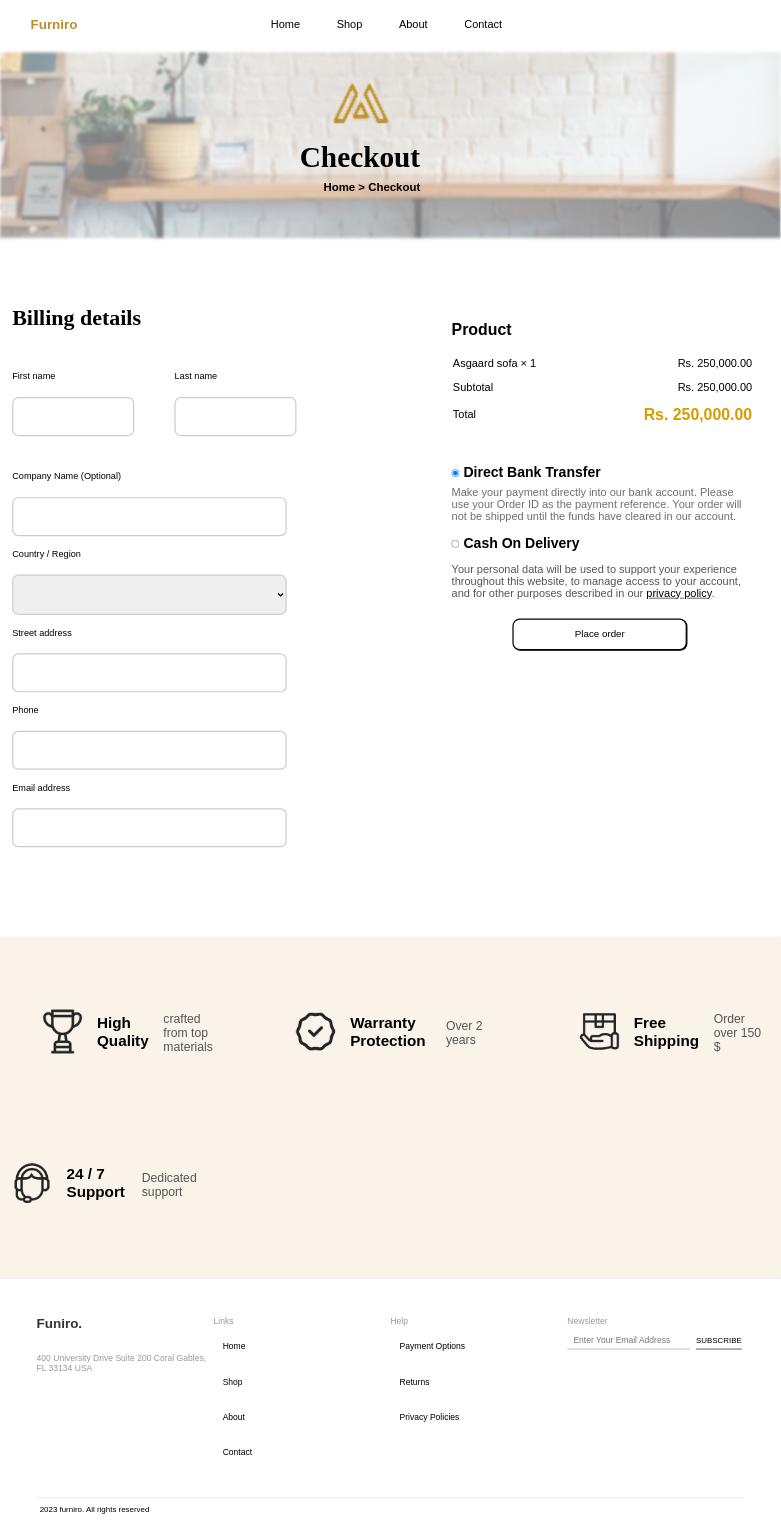
Repository: Ali1Kh/Furniro-ITI
Page: pages/checkout.html
An editor plug-in stored every save of this project. The page is shown before and after a run of saves, followed by the edit.
The browser window is 1280 px wide. The pictures show the whole page, at 61% of full size.

Above is the page before, as saved 2025-07-19 21:59:33.

### pages/checkout.html
<!DOCTYPE html>
<html lang="en">

<head>
  <meta charset="UTF-8">
  <meta name="viewport" content="width=device-width, initial-scale=1.0">
  <title>CheckOut</title>
  <link rel="shortcut icon" href="../assets/icons/Logo.png" type="image/x-icon">
  <link rel="stylesheet" href="../styles/index.css">
  <link rel="stylesheet" href="../styles/checkout.css">
</head>

<body>

  <nav>
    <!-- Navigation -->
    <div class="navBar">
      <div class="text">
        <p>Furniro</p>
      </div>

      <div class="menu-icon" onclick="toggleSidebar()">☰</div>

      <div class="navBarLinks">
        <ul>
          <li><a href="/pages/home.html">Home</a></li>
          <li><a href="/pages/shop.html">Shop</a></li>
          <li><a href="/">About</a></li>
          <li><a href="/pages/contact.html">Contact</a></li>
        </ul>
      </div>

     <div class="navBarIcons">
        <a href="/pages/Compare.html"><i class="fa-solid fa-user"></i></a>
        <a href="/pages/shop.html"><i class="fa-solid fa-magnifying-glass"></i></a>
        <a href="/"><i class="fa-solid fa-heart"></i></a>
        <a href="/pages/checkout.html"><i class="fa-solid fa-cart-plus"></i></a>
      </div>
    </div>


    <!-- Sidebar for mobile -->
    <div class="sidebar" id="sidebar">
      <a href="" onclick="toggleSidebar()">✖</a>
      <a href="">Home</a>
      <a href="/pages/shop.html">Shop</a>
      <a href="/">About</a>
      <a href="/pages/contact.html">Contact</a>
    </div>
  </nav>

  <main class="checkout">
    <div id="home">
      <div class="img-conteaner">
        <img src="../assets/img/Rectangle 1.png" alt="">

        <div class="text-conteaner">
          <img src="../assets/icons/Logo.png" alt="" style="width: 100px;height: 77px;margin-top: -80px; left: 1px; ">
          <h2 style="font-size: 48px; font-family: Poppins; top: 20px;">Checkout</h2>
          <h3 style="top: 30px;left: -11px; "><span style="width: 48;height: 24;top: 295px;left: 660px; ">Home ></span>
            Checkout</h3>
        </div>
      </div>
    </div>

    <div id="content">
      <div class="form">
        <h1 style="font-family: Poppins;font-weight: 600;font-style: SemiBold;font-size: 36px;">Billing details</h1>
        <br><br>
        <form>
          <div class="input" style="width: 200px;">
            <label>First name</label><br>
            <input type="text" name="firatname" id="firatname">
          </div>

          <div class="input" style="width: 200px; position: relative;bottom: 127px;left: 266px;">
            <label>Last name</label><br>
            <input type="text" name="lastname" id="lastname">
          </div>

          <div class="input" style="position: relative; bottom: 90px; width: 450px;">
            <label>Company Name (Optional)</label><br>
            <input type="text" name="Companyname(Optional)" id="Companyname(Optional)">
          </div>

          <div class="input" style="position: relative; bottom: 90px; width: 450px;">
            <label>Country / Region</label><br>
            <select>
              <option></option>
              <option>UK</option>
              <option>Argantina</option>
              <option>Brasil</option>
              <option>Egypt</option>
              <option>USA</option>
            </select>
          </div>

          <div class="input" style="position: relative; bottom: 90px; width: 450px;">
            <label>Street address</label><br>
            <input type="text" name="Streetaddress" id="Streetaddress">
          </div>

          <div class="input" style="position: relative; bottom: 90px; width: 450px;">
            <label>Phone</label><br>
            <input type="number" name="Phone" id="Phone">
          </div>

          <div class="input" style="position: relative; bottom: 90px; width: 450px;">
            <label>Email address</label><br>
            <input type="email" name="Emailaddress" id="Emailaddress">
          </div><br><br>

        </form>
      </div>
      <div class="table">
        <div class="order-summary">
          <h2>Product</h2>
          <table>
            <tr>
              <td>Asgaard sofa × 1</td>
              <td style="text-align: right;">Rs. 250,000.00</td>
            </tr>
            <tr>
              <td>Subtotal</td>
              <td style="text-align: right;">Rs. 250,000.00</td>
            </tr>
            <tr>
              <td>Total</td>
              <td style="text-align: right;" class="total">Rs. 250,000.00</td>
            </tr>
          </table><br><br>

          <div class="payment-methods">
            <label><input type="radio" name="payment" checked> Direct Bank Transfer</label>
            <p>
              Make your payment directly into our bank account. Please use your Order ID as the payment reference. Your
              order will not be shipped until the funds have cleared in our account.
            </p>

            <label><input type="radio" name="payment"> Cash On Delivery</label>
          </div>

          <div class="privacy">
            Your personal data will be used to support your experience throughout this website, to manage access to your
            account, and for other purposes described in our <a href="#">privacy policy</a>.
          </div>

          <button class="btn">Place order</button>
        </div>
      </div>
    </div>

    <div id="quality">
      <div class="quality-box"
        style="display: flex; gap: 1.5rem; padding-top: 80px; padding-bottom: 80px;width: 25%;padding-left: 50px;">
        <div><img src="../assets/icons/Group copy.png" alt=""></div>

          <h2>High Quality</h2>
          <p>crafted from top materials</p>


      </div>
      <div class="quality-box" style="display: flex; gap: 1.5rem; padding-top: 80px; padding-bottom: 80px;width: 25%;">
        <div><img src="../assets/icons/Group (2).png" alt=""></div>

          <h2>Warranty Protection</h2>
          <p>Over 2 years</p>


      </div>
      <div class="quality-box" style="display: flex; gap: 1.5rem; padding-top: 80px; padding-bottom: 80px;width: 25%;">
        <div><img src="../assets/icons/Vector (2).png" alt=""></div>

          <h2>Free Shipping</h2>
          <p>Order over 150 $</p>


      </div>
      <div class="quality-box" style="display: flex; gap: 1.5rem; padding-top: 80px; padding-bottom: 80px;width: 25%;">
        <div><img src="../assets/icons/customer-support.png" alt=""></div>

          <h2>24 / 7 Support</h2>
          <p>Dedicated support</p>


      </div>

    </div>
  </main>

  <footer class="footer">
    <div class="footer-container">
      <div class="footer-sec">
        <h2 class="logo">Funiro.</h2>
        <p style="padding-top: 20px;">400 University Drive Suite 200 Coral Gables,<br>FL 33134 USA</p>
      </div>

      <div class="footer-sec">
        <h4>Links</h4>
        <ul>
          <li><a href="#">Home</a></li>
          <li><a href="#">Shop</a></li>
          <li><a href="#">About</a></li>
          <li><a href="#">Contact</a></li>
        </ul>
      </div>

      <div class="footer-sec">
        <h4>Help</h4>
        <ul>
          <li><a href="#">Payment Options</a></li>
          <li><a href="#">Returns</a></li>
          <li><a href="#">Privacy Policies</a></li>
        </ul>
      </div>

      <div class="footer-sec new">
        <h4>Newsletter</h4>
        <div class="subscribe">
          <input type="email" placeholder="Enter Your Email Address">
          <button>SUBSCRIBE</button>
        </div>
      </div>
    </div>

    <div class="footer-bottom">
      <p>2023 furniro. All rights reserved</p>
    </div>
  </footer>

  <script src="../scripts/index.js"></script>

</body>

</html>

### styles/index.css
:root {
  --mainColor: #feeed8;
}

* {
  margin: 0;
  padding: 0;
  box-sizing: border-box;
}

body {
  font-family: "Poppins", sans-serif;
}

.navBar img {
  display: inline;
}

.navBar {
  width: 100%;
  height: 80px;
  display: flex;
  justify-content: space-between;
  align-items: center;
  padding: 0 50px;
  background-color: #fff;
  z-index: 1000;
  position: sticky;
  top: 0;
}

.navBarLinks ul {
  list-style: none;
  display: flex;
  gap: 60px;
}

.navBarLinks a {
  text-decoration: none;
  font-size: 18px;
  color: black;
}

.navBarIcons {
  display: flex;
  gap: 30px;
}

.text p {
  font-weight: bold;
  font-size: 22px;
  color: #b88e2f;
}

/* Sidebar for mobile */
.sidebar {
  height: 100%;
  width: 0;
  position: fixed;
  background-color: #8d8d8d;
  overflow-x: hidden;
  transition: 0.3s;
  padding-top: 60px;
  z-index: 999;
}
.sidebar a {
  padding: 12px 20px;
  text-decoration: none;
  font-size: 20px;
  color: white;
  display: block;
}
.sidebar a:hover {
  background-color: #444;
}

.menu-icon {
  font-size: 28px;
  cursor: pointer;
  display: none;
  padding: 15px;
}

/* Quality */

#quality {
  display: flex;
  background-color: rgba(250, 243, 234, 1);
  width: 100%;
}

/* Page Header */

#pageHeader .imge {
  position: relative;
  width: 100%;
  height: auto;
}

#pageHeader .imge img {
  width: 100%;
  height: auto;
  display: block;
}

#pageHeader .adresIn {
  position: absolute;
  top: 50%;
  left: 50%;
  transform: translate(-50%, -50%);
  color: black;
  text-align: center;
}

#pageHeader .mainP1 {
  font-size: 48px;
}
#pageHeader .scoundP1 {
  font-size: 16px;
}

.footerBox {
  height: 400px;
  width: 100%;
}
.with-line::before,
.with-line::after {
  content: "";
  display: block;
  height: 1px;
  background-color: #c6c6c6;
  margin: 20px auto;
  width: 100%;
}

.with-line::after {
  width: 82%;
}

.infoterbox {
  margin-left: 100px;
  margin-right: 100px;
  display: grid;
  grid-template-columns: 1fr 1fr 1fr 1.5fr;
  gap: 20px;
  padding: 30px;
  color: white;

  height: 100%;
}

.mainFooterBar {
  font-weight: bold;
  font-size: 24px;
  color: #000;
}
.scoundFooterBar {
  font-size: 16px;
  font-weight: 300;
  color: #9f9f9f;
  position: relative;
  top: 40px;
}

.prgraphF {
  position: relative;
  top: 54px;
}

.infoterboxLM a,
.infoterboxRM a {
  display: block;
  margin-top: 55px;
  text-decoration: none;
  color: #000;
  width: 70%;
}

.infoterboxLM p,
.infoterboxRM p,
.prgraphFF p {
  font-size: 16px;
  font-weight: 300;
  color: #9f9f9f;
}

.SUBSCRIBE {
  position: relative;
  top: 53px;
}

.SUBSCRIBE button {
  font-size: 14px;
  font-weight: bold;
  width: 85px;
  height: 21px;
  border: none;
  border-bottom: 1px solid black;
  margin-left: 15px;
  background-color: white;

  cursor: pointer;
}

.SUBSCRIBE input {
  font-size: 14px;
  width: 200px;
  height: 21px;
  color: #9f9f9f;
  border: none;
  border-bottom: 1px solid black;
}

.SUBSCRIBE input:focus {
  outline: none;
}

@media (max-width: 768px) {
  .navBarLinks {
    display: none;
  }
  .menu-icon {
    display: block;
  }
  .navBarIcons {
    display: none;
  }
}

@media (max-width: 767px) {
  .navBarIcons {
    display: none;
  }
}

### styles/checkout.css
* {
  margin: 0;
  padding: 0;
}
.checkout ul {
  list-style: none;
}

.checkout a {
  text-decoration: none;
}

/* start header */

#header {
  background-color: rgb(250, 245, 240);
  border: 1px solid #ccc;
  width: 100%;
  height: 90px;
}
#header .navbar {
  display: flex;
  justify-content: space-between;
  align-items: center;
}
#header .navbar .logo {
  display: flex;
  width: 185;
  height: 41;
  opacity: 1;
  top: 29px;
  left: 54px;
  gap: 5px;
}
#header .navbar img {
  width: 185;
  height: 41px;
  top: 29px;
  left: 54px;
  gap: 5px;
}

/* #header .navbar .imgs{
    width: 300px;
    display: flex;
    position: relative;
    bottom: 10px;
} */

#header .navbar ul {
  display: flex;
}
#header .navbar ul li a {
  position: relative;
  color: black;
  font-size: 25px;
  margin: 0 20px;
  font-weight: bold;
  transition: 0.3s ease;
  bottom: 15px;
}
#header .navbar ul li a:hover {
  color: bisque;
}

/* finish header */

.img-conteaner {
  position: relative;
  width: 100%;
}

.img-conteaner img {
  width: 100%;
  height: 316px;
  top: 100px;
}

.text-conteaner {
  position: absolute;
  top: 50%;
  left: 50%;
  transform: translate(-50%, -50%);
}
.text-conteaner h3 {
  position: relative;
  bottom: 90px;
  left: 40px;
}
.text-conteaner h2 {
  position: relative;
  bottom: 90px;
  left: -50px;
}

#content {
  display: flex;
  justify-content: space-between;
  gap: 8rem;
  max-width: 1240px;
  margin: auto;
  padding-top: 100px;
}

.form {
  width: 50%;
}

.form h1 {
  font-size: 36px;
  font-weight: 600;
  margin-bottom: 30px;
}

form label {
  font-weight: 500;
  margin-bottom: 8px;
  display: block;
  font-size: 15px;
}

form input,
form select {
  width: 100%;
  padding: 22px;
  border: 2px solid #ccc;
  border-radius: 10px;
  font-size: 14px;
}

.input {
  margin-bottom: 20px;
}

.table {
  width: 48%;
}

.order-summary {
  padding: 25px;
}

.order-summary h2 {
  font-size: 26px;
  margin-bottom: 20px;
}

.order-summary table {
  width: 100%;
  margin-bottom: 20px;
}

.order-summary table td {
  padding: 8px 0;
  font-size: 18px;
}

.order-summary .total {
  font-weight: bold;
  color: #d89c00;
  font-size: 26px;
}

.payment-methods label {
  display: block;
  margin-bottom: 10px;
  font-weight: bold;
  font-size: 23px;
}

.payment-methods p {
  font-size: 18px;
  color: #716d6d;
  margin: 10px 0 20px;
  line-height: 1.1;
}

.privacy {
  font-size: 18px;
  color: #555;
  margin: 20px 0;
  line-height: 1.1;
}

.privacy a {
  text-decoration: underline;
  color: black;
}

.btn {
  padding: 15px 100px;
  background: #fff;
  border: 2px solid black;
  border-radius: 12px;
  font-size: 16px;
  transition: 0.3s ease;
  margin-left: 100px;
  margin-top: 10px;
  box-shadow: 1px 1px 1px black;
}

.btn:hover {
  background-color: #babd8e;
}

#quality {
  display: flex;
  justify-content: space-between;
  background-color: rgba(250, 243, 234, 1);
  width: 100%;
  flex-wrap: wrap;
  padding: 40px 20px;
  gap: 1rem;
}

.quality-box {
  display: flex;
  gap: 1.5rem;
  width: 23%;
  padding-top: 40px;
  padding-bottom: 40px;
  box-sizing: border-box;
  align-items: center;
}

.quality-box img {
  width: 65px;
}

.quality-box h2 {
  font-size: 25px;
  margin-bottom: 5px;
}

.quality-box p {
  font-size: 20px;
  color: #555;
}


.footer {
  background-color: #fff;
  padding: 40px 60px 20px;
  border-top: 1px solid #e0e0e0;
  color: #333;
}

.footer-container {
  display: flex;
}

.footer-sec {
  flex: 1 1 200px;
  margin: 20px 0;
}

.footer-sec h2.logo {
  font-size: 22px;
  font-weight: 700;
  margin-bottom: 15px;
}

.footer-sec h4 {
  font-size: 14px;
  font-weight: 500;
  color: #999;
  margin-bottom: 10px;
}

.footer-sec ul {
  list-style: none;
  padding: 0;
  margin: 0;
}

.footer-sec ul li {
  margin-bottom: 10px;
  padding: 15px;
}

.footer-sec ul li a {
  text-decoration: none;
  color: #000;
  font-size: 14px;
}

.footer-sec p {
  color: #999;
  font-size: 14px;
}

.new .subscribe {
  display: flex;
  gap: 10px;
  margin-top: 10px;
}

.new input {
  padding: 6px 10px;
  font-size: 14px;
  border: none;
  border-bottom: 1px solid #999;
  outline: none;
}

.new button {
  background: none;
  border: none;
  border-bottom: 1px solid #000;
  color: #000;
  font-size: 13px;
  font-weight: 500;
}

.footer-bottom {
  border-top: 1px solid #e0e0e0;
  padding: 5px;
  margin-top: 20px;
  padding-top: 10px;
  text-align: left;
  font-size: 13px;
  color: #000;
}

@media (max-width: 790px) {
  #content {
    flex-direction: column;
    gap: 3rem;
    padding: 50px 20px;
  }

  .form,
  .table {
    width: 100%;
  }

  .btn {
    width: 100%;
    margin-left: 0;
  }
   .quality-box {
    width: 100%;
    flex-direction: row;
    justify-content: start;
    padding: 20px 0;
     position: relative;
    left: 30%;

  }

  #quality {
    flex-direction: column;
    gap: 0;

  }
}
@media (max-width: 768px) {
  .footer-container {
    flex-direction: column;
    gap: 30px;
  }

  .footer-sec {
    margin: 10px 0;
  }

  .new .subscribe {
    flex-direction: column;
    align-items: flex-start;
  }

  .new input,
  .new button {
    width: 50%;
  }

  .footer {
    padding: 30px 20px 10px;
  }

  .footer-bottom {
    text-align: center;
    font-size: 12px;
  }
}

### scripts/index.js
function toggleSidebar() {
  const sidebar = document.getElementById("sidebar");
  if (sidebar.style.width === "250px") {
    sidebar.style.width = "0";
  } else {
    sidebar.style.width = "250px";
  }
}

function toggleSidebar() {
  const sidebar = document.getElementById("sidebar");
  if (sidebar.style.display === "flex") {
    sidebar.style.display = "none";
  } else {
    sidebar.style.display = "flex";
  }
}

After the next 2 saves:
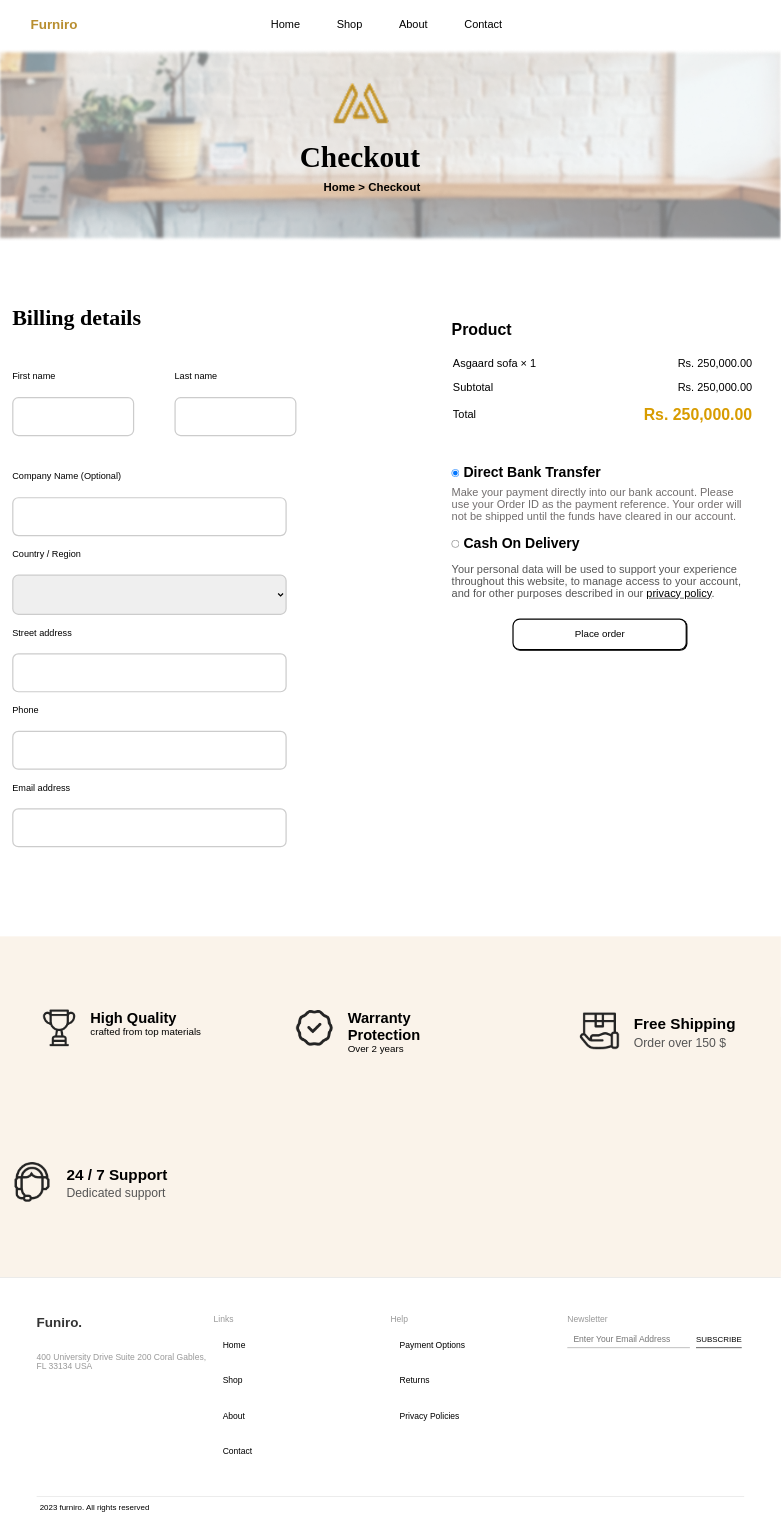
The 2 saves are shown as one change because they came seconds apart.
The last was saved 110 s later.
--- a/pages/checkout.html
+++ b/pages/checkout.html
@@ -151,37 +151,37 @@
     </div>
 
     <div id="quality">
-      <div class="quality-box"
+      <div class="1"
         style="display: flex; gap: 1.5rem; padding-top: 80px; padding-bottom: 80px;width: 25%;padding-left: 50px;">
-        <div><img src="../assets/icons/Group copy.png" alt=""></div>
-
+        <div class="l"><img src="../assets/icons/Group copy.png" alt=""></div>
+        <div class="r">
           <h2>High Quality</h2>
           <p>crafted from top materials</p>
-
-
-      </div>
-      <div class="quality-box" style="display: flex; gap: 1.5rem; padding-top: 80px; padding-bottom: 80px;width: 25%;">
-        <div><img src="../assets/icons/Group (2).png" alt=""></div>
-
+        </div>
+
+      </div>
+      <div class="2" style="display: flex; gap: 1.5rem; padding-top: 80px; padding-bottom: 80px;width: 25%;">
+        <div class="l"><img src="../assets/icons/Group (2).png" alt=""></div>
+        <div class="r">
           <h2>Warranty Protection</h2>
           <p>Over 2 years</p>
-
+        </div>
 
       </div>
       <div class="quality-box" style="display: flex; gap: 1.5rem; padding-top: 80px; padding-bottom: 80px;width: 25%;">
-        <div><img src="../assets/icons/Vector (2).png" alt=""></div>
-
+        <div class="l"><img src="../assets/icons/Vector (2).png" alt=""></div>
+        <div class="r">
           <h2>Free Shipping</h2>
           <p>Order over 150 $</p>
-
+        </div>
 
       </div>
       <div class="quality-box" style="display: flex; gap: 1.5rem; padding-top: 80px; padding-bottom: 80px;width: 25%;">
-        <div><img src="../assets/icons/customer-support.png" alt=""></div>
-
+        <div class="l"><img src="../assets/icons/customer-support.png" alt=""></div>
+        <div class="r">
           <h2>24 / 7 Support</h2>
           <p>Dedicated support</p>
-
+        </div>
 
       </div>
 
